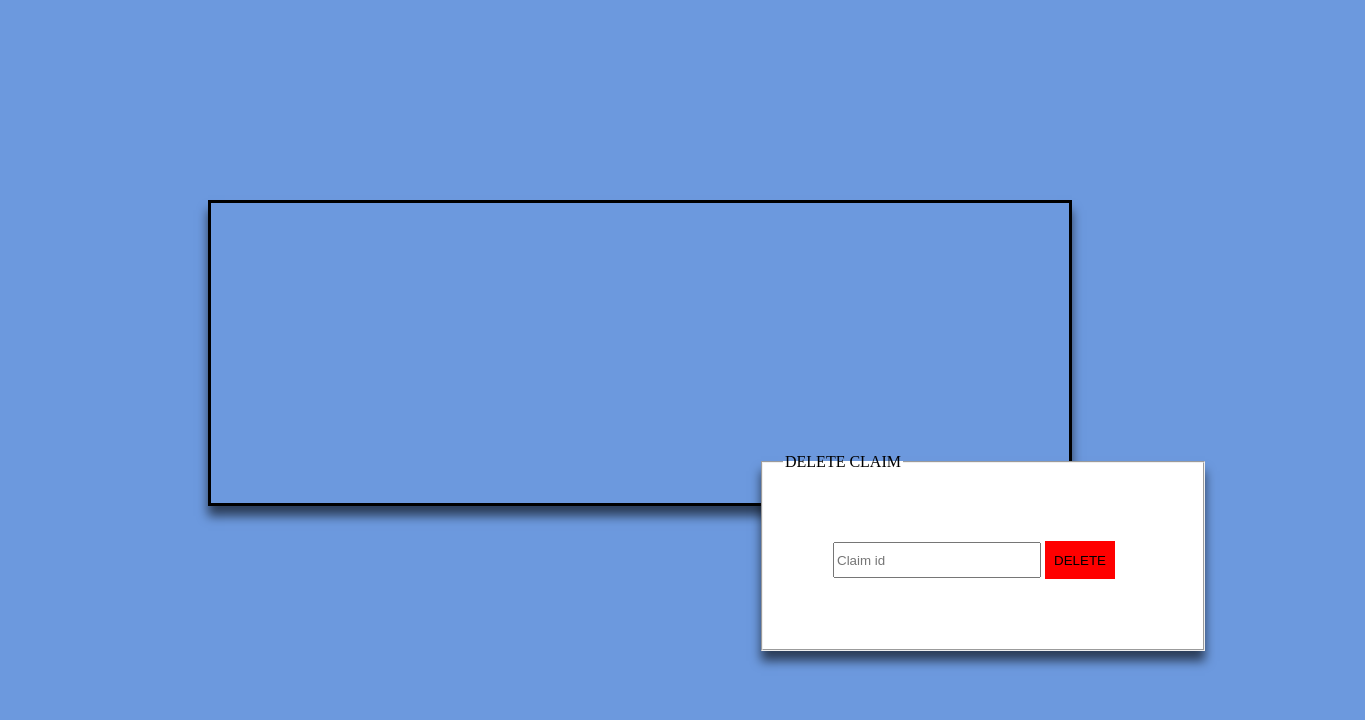
Repository: Nihara-R/Vehicle-Insurance-Portal
Page: http://localhost/delete_claim.php
These files come from the project's save history. The page is drawn as it stood at one moment and after the next save; the edit follows.
The browser window is 1280 px wide. The page is 1280 px wide, then 1365 px, then 1280 px, so the pictures cover 1365 px, including what lies to the right of the window. The pictures show the whole page.
The page is run by PHP 8.4 with error messages shown; the project is at /var/www/html/.

Above is the page before, as saved 2023-06-29 08:58:17.

After the next save:
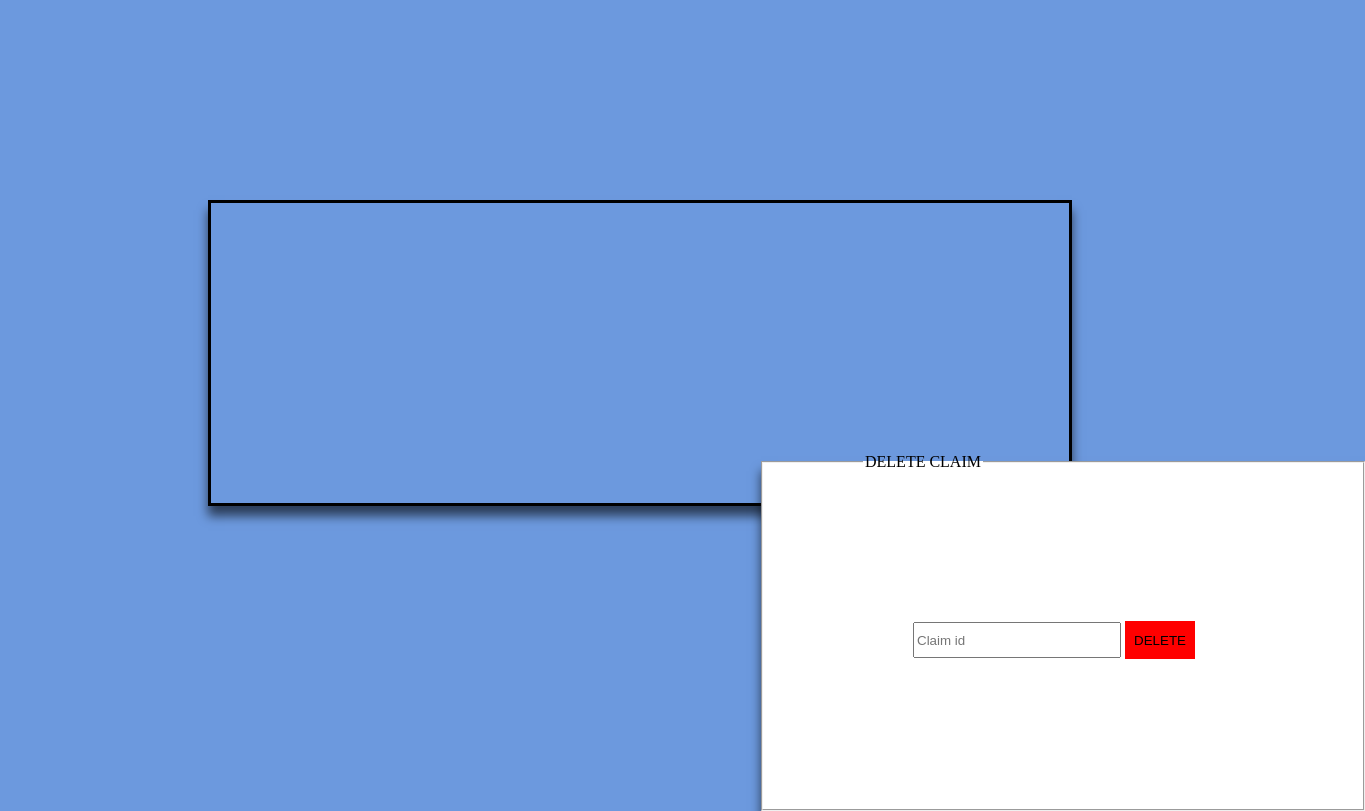
Saved 11 s later.
--- a/css/deletuser.css
+++ b/css/deletuser.css
@@ -13,7 +13,7 @@
 }
 fieldset{
   width: 400px;
-  padding: 20px;
+  padding: 100px;
   align-items: center;
   justify-content: center;
   margin-left: 500px;

After the save that followed:
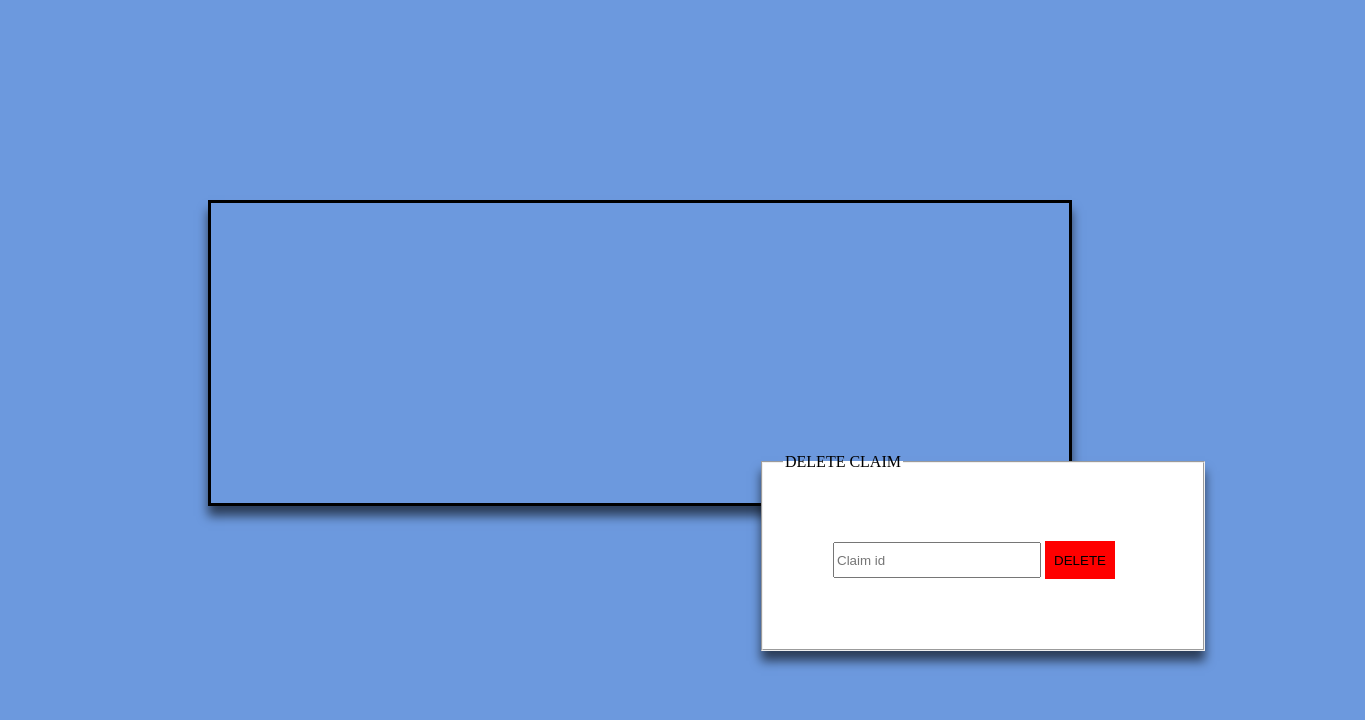
Saved 15 s later.
--- a/css/deletuser.css
+++ b/css/deletuser.css
@@ -13,7 +13,7 @@
 }
 fieldset{
   width: 400px;
-  padding: 100px;
+  padding: 20px;
   align-items: center;
   justify-content: center;
   margin-left: 500px;
